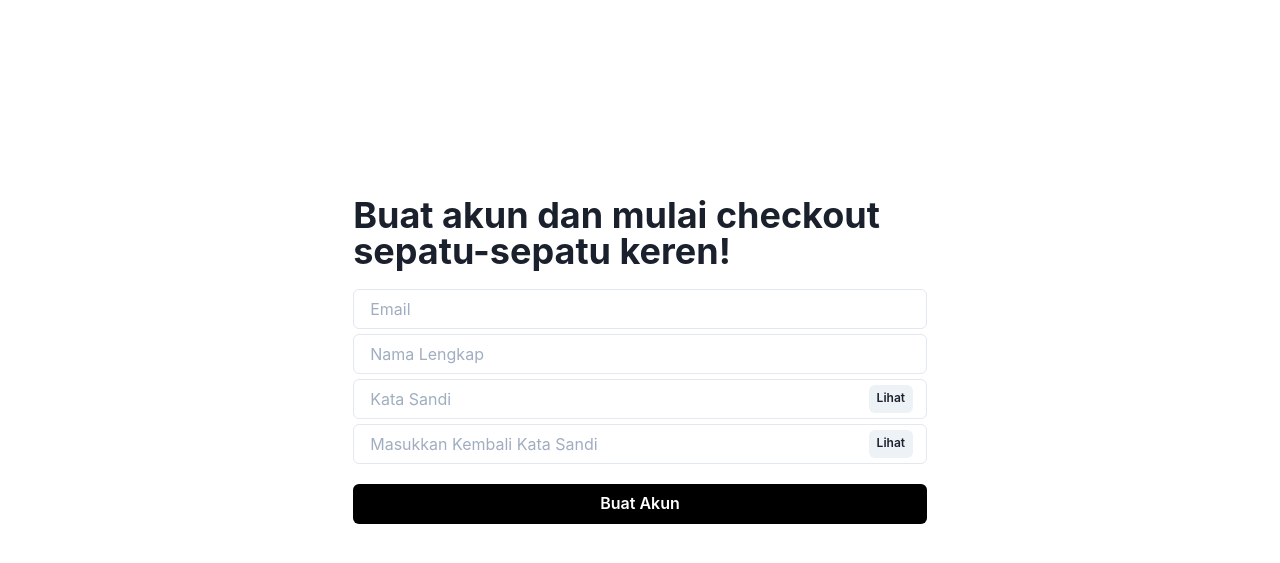
Repository: haileykwen/hanskering
Page: /
These files come from the project's save history. The page is drawn as it stood at one moment and after the next save; the edit follows.
The browser window is 1280 px wide. The pictures show the whole page.
The project was rebuilt for these pictures with package versions that can differ from the ones it lists, and the page was loaded fresh each time. Also part of the build but not shown: src/App.css.

Above is the page before, as saved 2021-12-10 11:15:20.

After the next save:
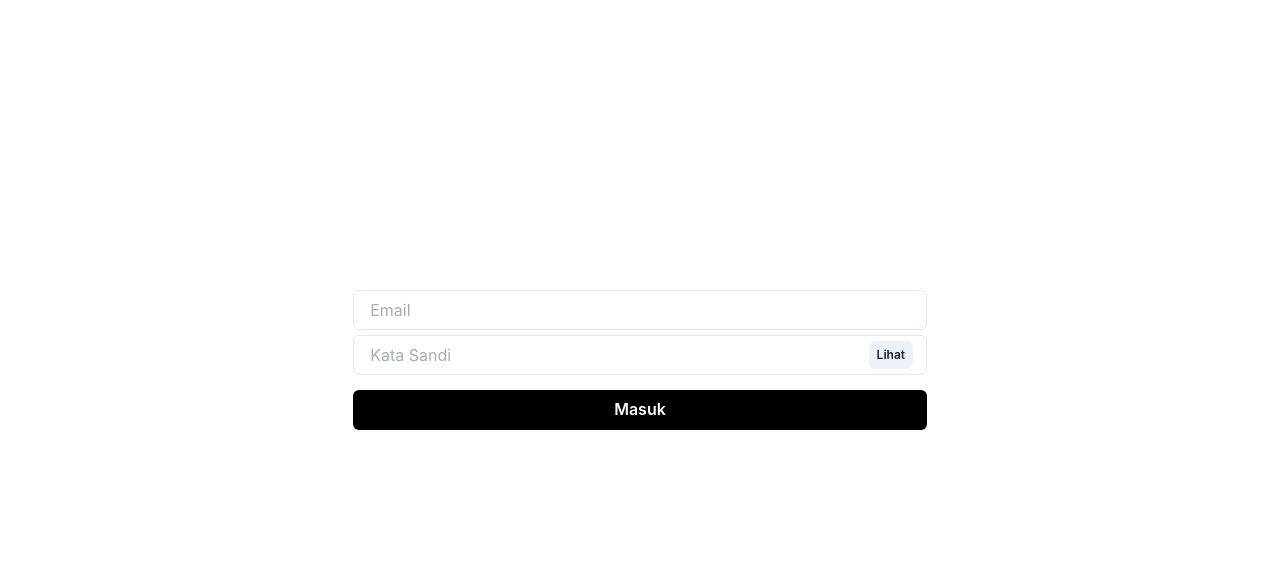
Saved 17 s later.
--- a/src/App.js
+++ b/src/App.js
@@ -3,8 +3,8 @@ import { Signin, Signup } from './pages';
 
 function App() {
   return (
-    <Signup />
-    // <Signin />
+    // <Signup />
+    <Signin />
   );
 }
 
